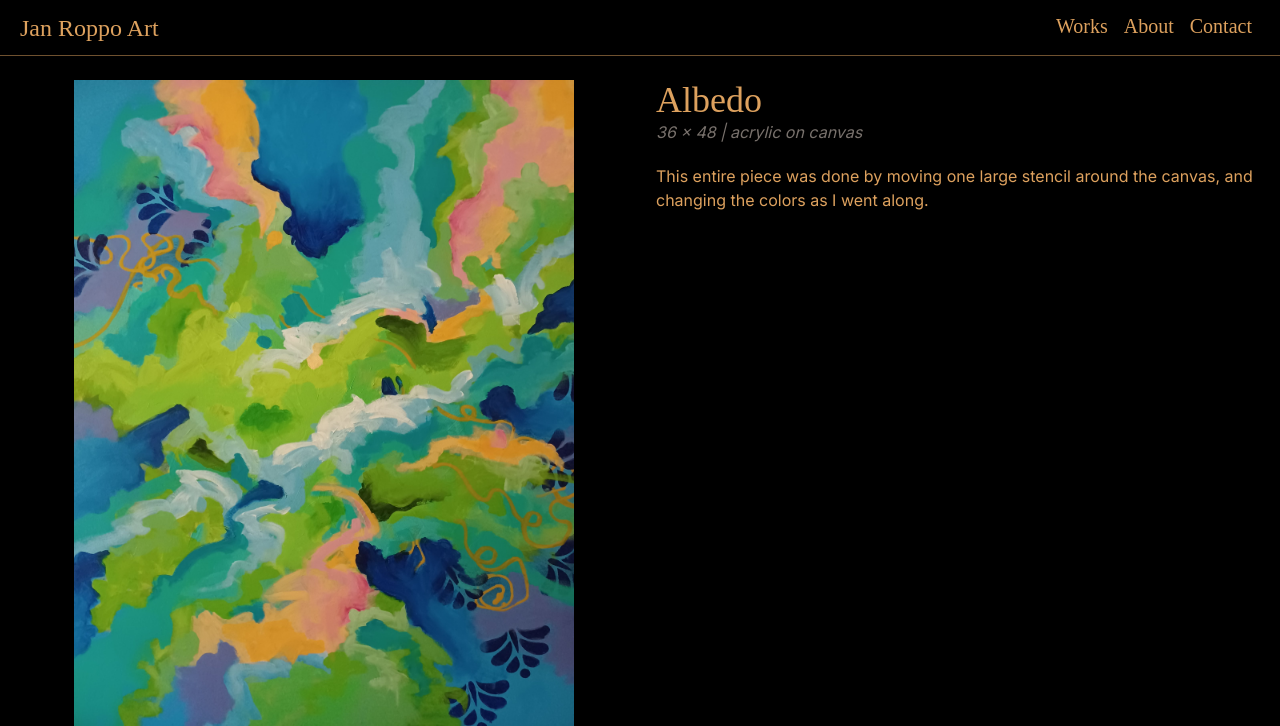
Repository: YanceMcFinn/JRArt
Page: /works/albedo
An editor plug-in stored every save of this project. The page is shown before and after the next save, followed by the edit.
The browser window is 1280 px wide. The pictures show the whole page.
The project was rebuilt for these pictures with package versions that can differ from the ones it lists, and the page was loaded fresh each time. The framework's server and built-in components were replaced by stand-ins that run in the browser. Also part of the build but not shown: next.config.js.

Above is the page before, as saved 2023-10-19 20:35:36.

After the next save:
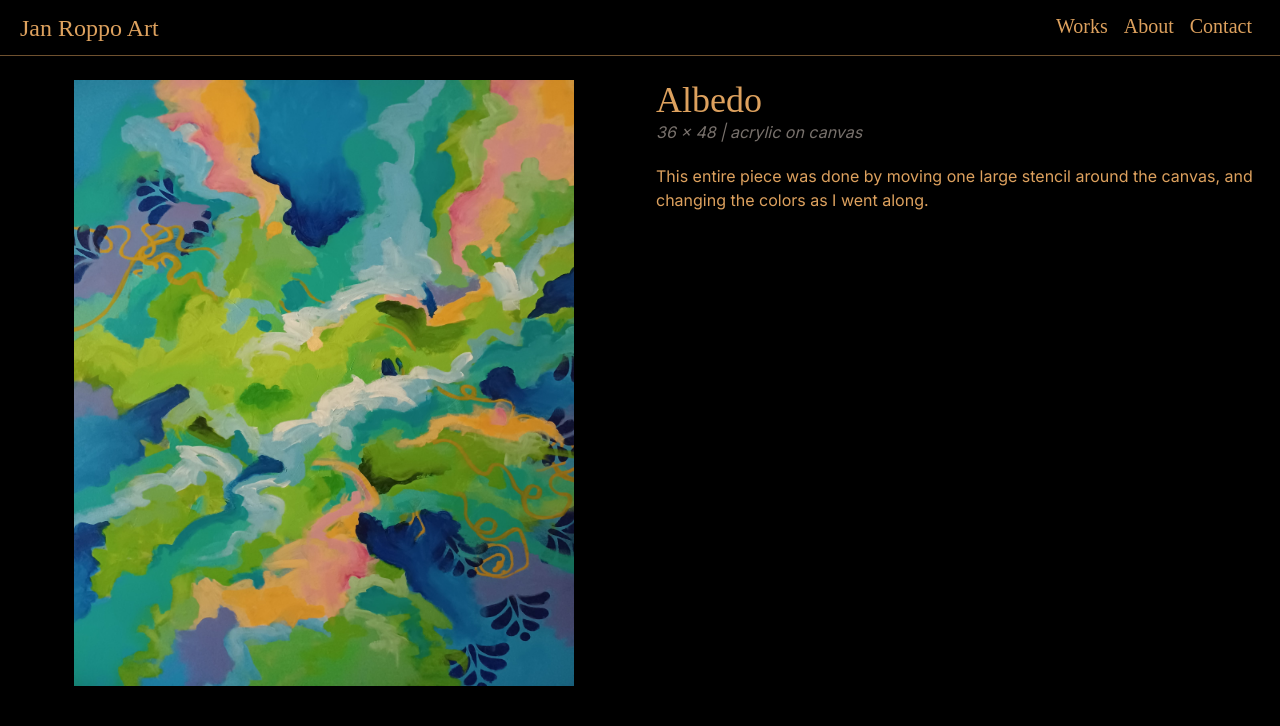
Saved 45 s later.
--- a/app/works/[title]/page.js
+++ b/app/works/[title]/page.js
@@ -24,7 +24,7 @@ export default function Work({params}){
     <div className="flex flex-row px-2 mt-20 text-main-color">
       <div className="basis-1/2">
         <Image src={imgSrc}
-          className='mx-auto h-[calc(100vh-74px)]'
+          className='mx-auto h-[calc(100vh-74px)] pb-10'
           width={500}
           height={500}
           alt={piece.title} />
